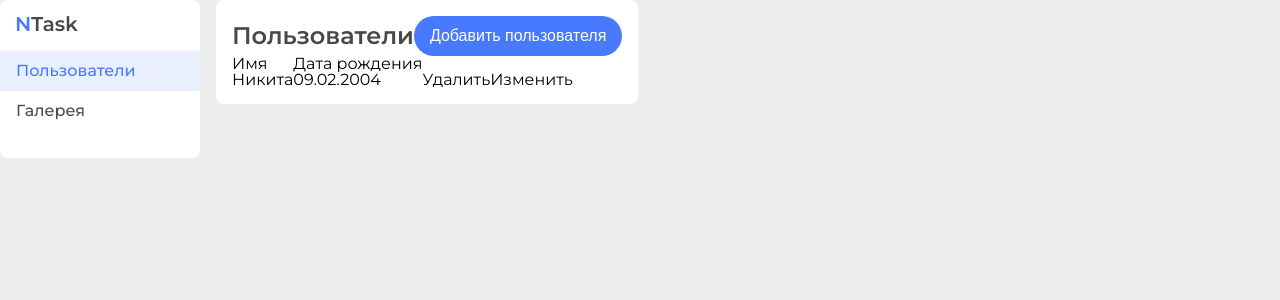
Repository: Grid-Master/NTask
Page: /
The author's editor kept a copy of each file at every save. The page is drawn from the files as they stood at one save, then again after a run of saves.
The browser window is 1280 px wide. The pictures show the whole page.
The project was rebuilt for these pictures with package versions that can differ from the ones it lists, and the page was loaded fresh each time.

Above is the page before, as saved 2023-06-04 19:21:13.

### public/index.html
<!DOCTYPE html>
<html lang="en">
  <head>
    <meta charset="utf-8" />
    <link rel="icon" href="%PUBLIC_URL%/favicon.ico" />
    <meta name="viewport" content="width=device-width, initial-scale=1" />
    <meta name="theme-color" content="#000000" />
    <meta name="description" content="Web site created using create-react-app" />
    <link rel="apple-touch-icon" href="%PUBLIC_URL%/logo192.png" />
    <link rel="preconnect" href="https://fonts.googleapis.com" />
    <link rel="preconnect" href="https://fonts.gstatic.com" crossorigin />
    <link
      href="https://fonts.googleapis.com/css2?family=Montserrat:wght@300;400;500;600;700&display=swap"
      rel="stylesheet" />
    <link rel="manifest" href="%PUBLIC_URL%/manifest.json" />
    <title>React App</title>
  </head>
  <body>
    <noscript>You need to enable JavaScript to run this app.</noscript>
    <div id="root"></div>
  </body>
</html>

### src/index.css
html, body, div, span, applet, object, iframe,
h1, h2, h3, h4, h5, h6, p, blockquote, pre,
a, abbr, acronym, address, big, cite, code,
del, dfn, em, img, ins, kbd, q, s, samp,
small, strike, strong, sub, sup, tt, var,
b, u, i, center,
dl, dt, dd, ol, ul, li,
fieldset, form, label, legend,
table, caption, tbody, tfoot, thead, tr, th, td,
article, aside, canvas, details, embed,
figure, figcaption, footer, header, hgroup,
menu, nav, output, ruby, section, summary,
time, mark, audio, video {
	margin: 0;
	padding: 0;
	border: 0;
	font-size: 100%;
	font: inherit;
	vertical-align: baseline;
}
/* HTML5 display-role reset for older browsers */
article, aside, details, figcaption, figure,
footer, header, hgroup, menu, nav, section {
	display: block;
}
body {
	line-height: 1;
}
ol, ul {
	list-style: none;
}
blockquote, q {
	quotes: none;
}
blockquote:before, blockquote:after,
q:before, q:after {
	content: '';
	content: none;
}
table {
	border-collapse: collapse;
	border-spacing: 0;
}
body {
  margin: 0;
  font-family: Montserrat;
  background: #EEEEEE;
}

code {
  font-family: source-code-pro, Menlo, Monaco, Consolas, 'Courier New',
    monospace;
}

### src/App.tsx
import './App.css';
import Navbar from './components/navabar/Navbar';
import UserList from './components/userList/UserList';

function App() {
  return (
    <div className="App">
      <Navbar />
      <UserList />
    </div>
  );
}

export default App;

### src/App.css
.App {
  display: flex;
  align-items:start;
  gap: 16px;
}

### src/components/navabar/Navbar.tsx
import { FC } from 'react';
import './navbar.sass';
const logo = require('../../images/logo.png');

const Navbar: FC = () => {
  return (
    <div className="navbar">
      <div className="navbar__imagecontainer">
        <img src={logo} alt="logo" />
      </div>
      <div className="navbar__item navbar__active">Пользователи</div>
      <div className="navbar__item">Галерея</div>
    </div>
  );
};

export default Navbar;

### src/components/userList/UserList.tsx
import React, { FC } from 'react';
import './userList.sass';

const UserList: FC = () => {
  return (
    <div className="userList">
      <div>
        <h1 className="userList__title">Пользователи</h1>
        <button className="userList__addUserBtn">Добавить пользователя</button>
      </div>
      <table className="userList__table">
        <tr>
          <td>Имя</td>
          <td>Дата рождения</td>
          <td></td>
          <td></td>
        </tr>
        <tr>
          <td>Никита</td>
          <td>09.02.2004</td>
          <td>Удалить</td>
          <td>Изменить</td>
        </tr>
      </table>
    </div>
  );
};

export default UserList;

### src/components/navabar/navbar.sass
.navbar
    width: 200px
    height: 158px
    background: #FFFFFF
    border-radius: 8px
    &__imagecontainer
        padding: 16px 0
        margin-left: 16px
    &__item
        padding: 8px 16px
        cursor: pointer
        font-weight: 500
        font-size: 16px
        line-height: 150%
        color: #484848
    &__active
        background: #E9EFFF
        color: #477AFF

### src/components/userList/userList.sass
.userList
    background: #FFFFFF
    border-radius: 8px
    padding: 16px
    >div
        width: 100%
        display: flex
        align-items: center
        justify-content: space-between
    &__title
        font-weight: 600
        font-size: 24px
        line-height: 150%
        color: #484848
    &__addUserBtn
        font-weight: 500
        font-size: 16px
        line-height: 100%
        color: #FFFFFF
        background: #477AFF
        border-radius: 20px
        padding: 12px 16px
        border: none
        outline: none

Loaded but not shown: src/index.tsx (common file)

After the next 2 saves:
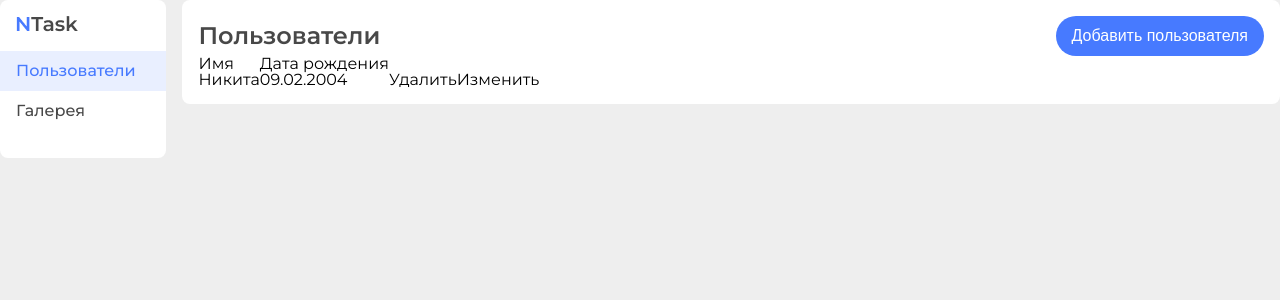
The 2 saves are shown as one change because they came seconds apart.
The last was saved 28 s later.
--- a/src/components/userList/userList.sass
+++ b/src/components/userList/userList.sass
@@ -1,9 +1,9 @@
 .userList
+    width: 100%
     background: #FFFFFF
     border-radius: 8px
     padding: 16px
     >div
-        width: 100%
         display: flex
         align-items: center
         justify-content: space-between
